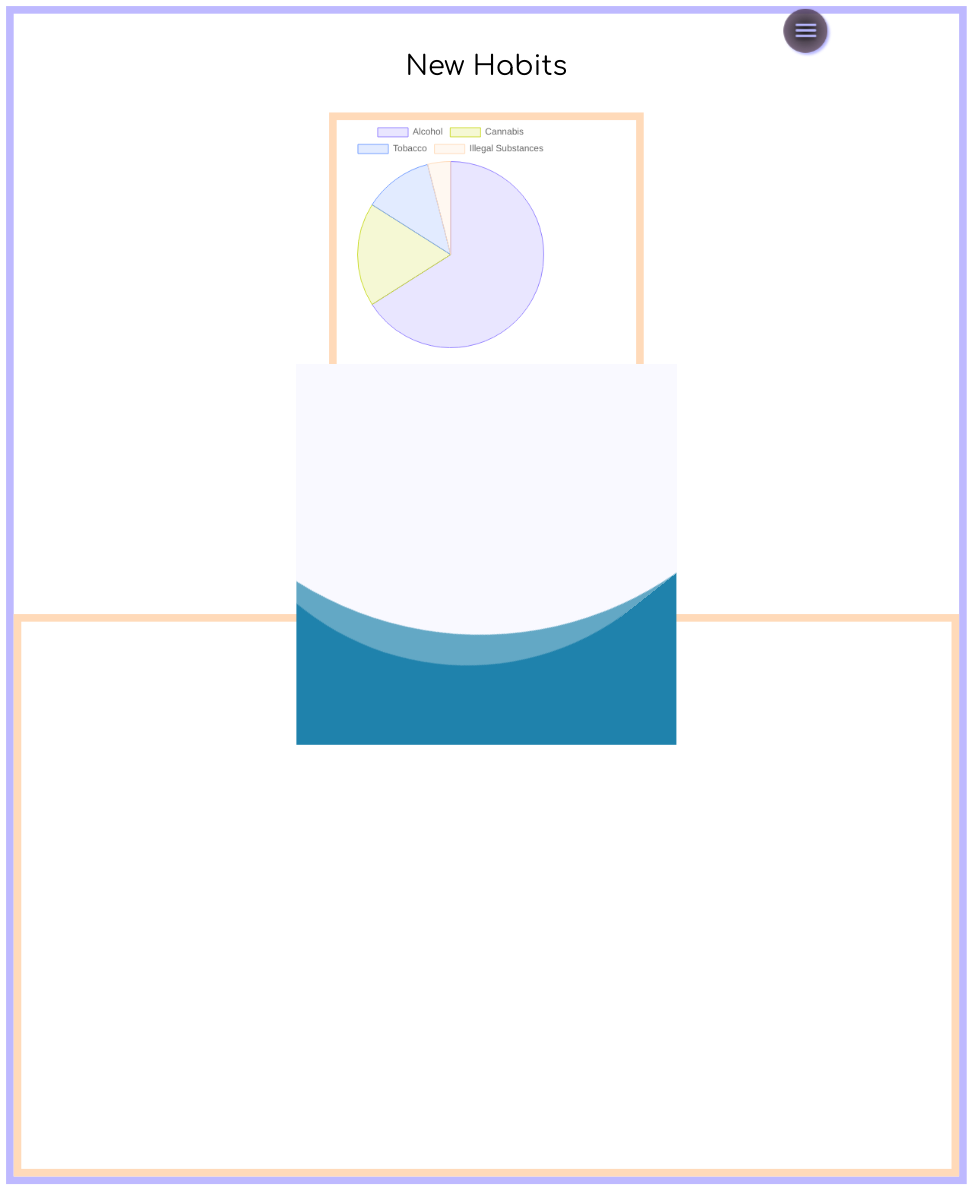
Repository: olivia-sk/MDIA-2109-2106-Big-Project
Page: /statistics3/statistics
An editor plug-in stored every save of this project. The page is shown before and after the next save, followed by the edit.
The browser window is 1280 px wide. The pictures show the whole page, at 76% of full size.
The project was rebuilt for these pictures with package versions that can differ from the ones it lists, and the page was loaded fresh each time. The framework's server and built-in components were replaced by stand-ins that run in the browser. Also part of the build but not shown: next.config.js, styles/globals.css, components/Button/Button.module.css, components/Button/index.js.

Above is the page before, as saved 2023-04-15 15:29:26.

After the next save:
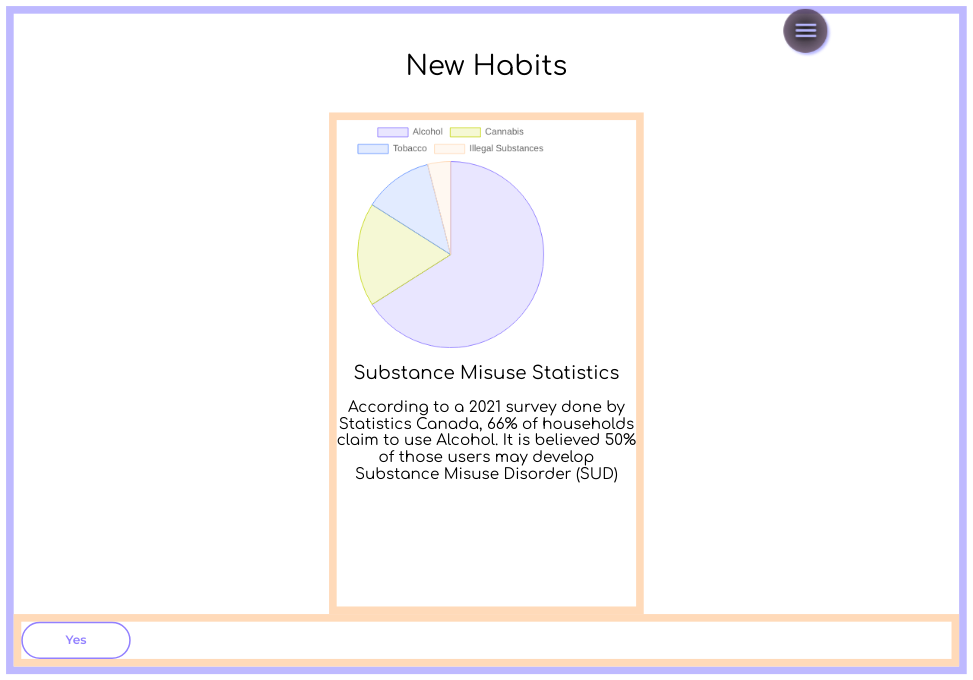
Saved 1 s later.
--- a/pages/statistics3/statistics.js
+++ b/pages/statistics3/statistics.js
@@ -28,7 +28,9 @@
             <p>According to a 2021 survey done by Statistics Canada, 66% of households claim to use Alcohol. It is believed 50% of those users may develop Substance Misuse Disorder (SUD)</p>
           </div>
           <div class={styles.div2}>
-            <WaterWave className={styles.wave} />
+            <div className={styles.button}>
+              <Link href="/" className={styles.link}>Yes</Link>
+            </div>
           </div>
       </main>
     </>
